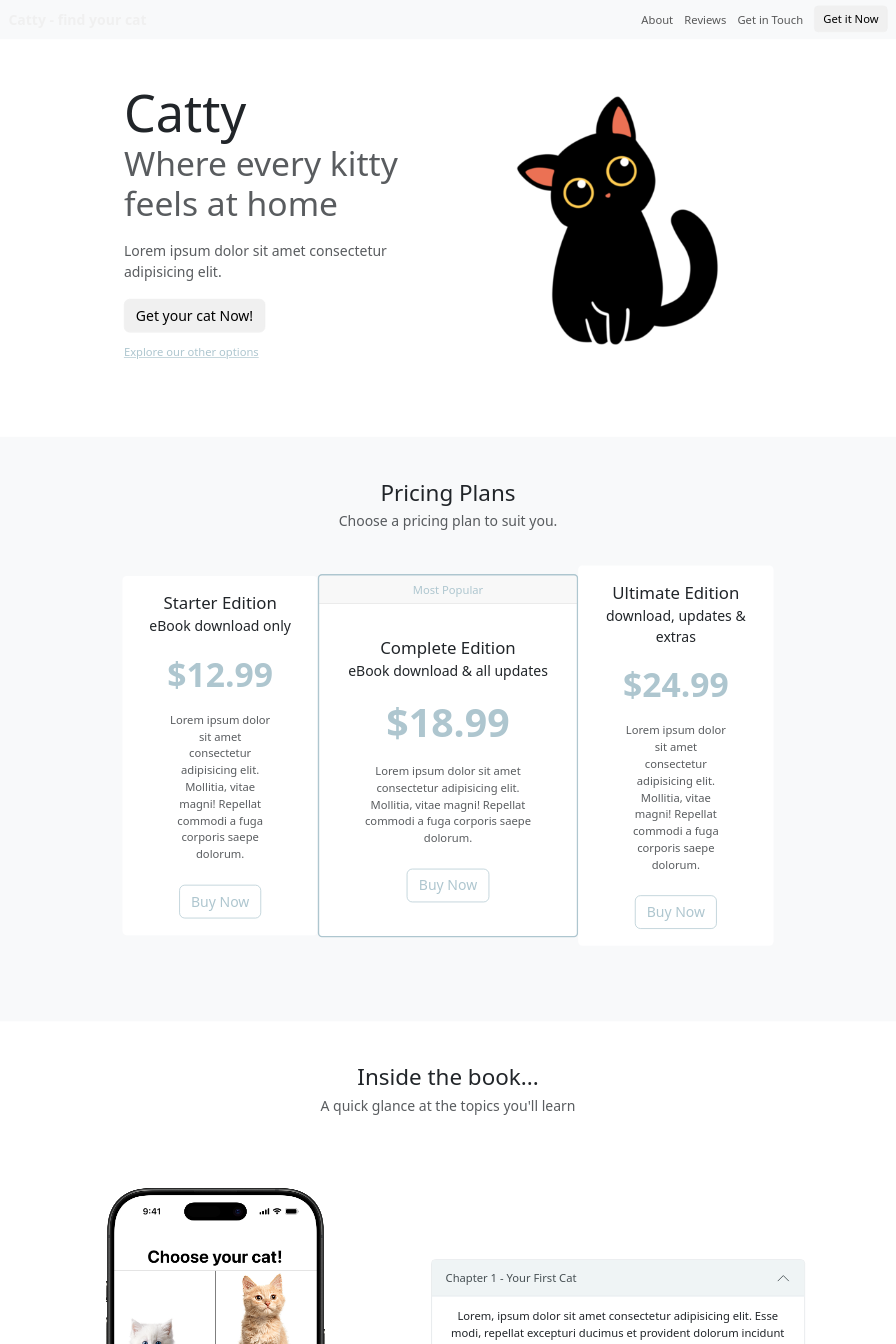
Repository: rihebtlh/catty-storefront
Page: index.html
These files come from the project's save history. The page is drawn as it stood at one moment and after a run of saves; the edit follows.
The browser window is 1280 px wide. The pictures show the part of the page from y = 0 to 1920 px (the page is 4528 px tall), at 70% of full size.
The style sheet was rebuilt from its Sass, Less or Tailwind sources for each picture, by a compiler version that may differ from the author's.

Above is the page before, as saved 2025-06-23 19:06:36.

After the next 2 saves:
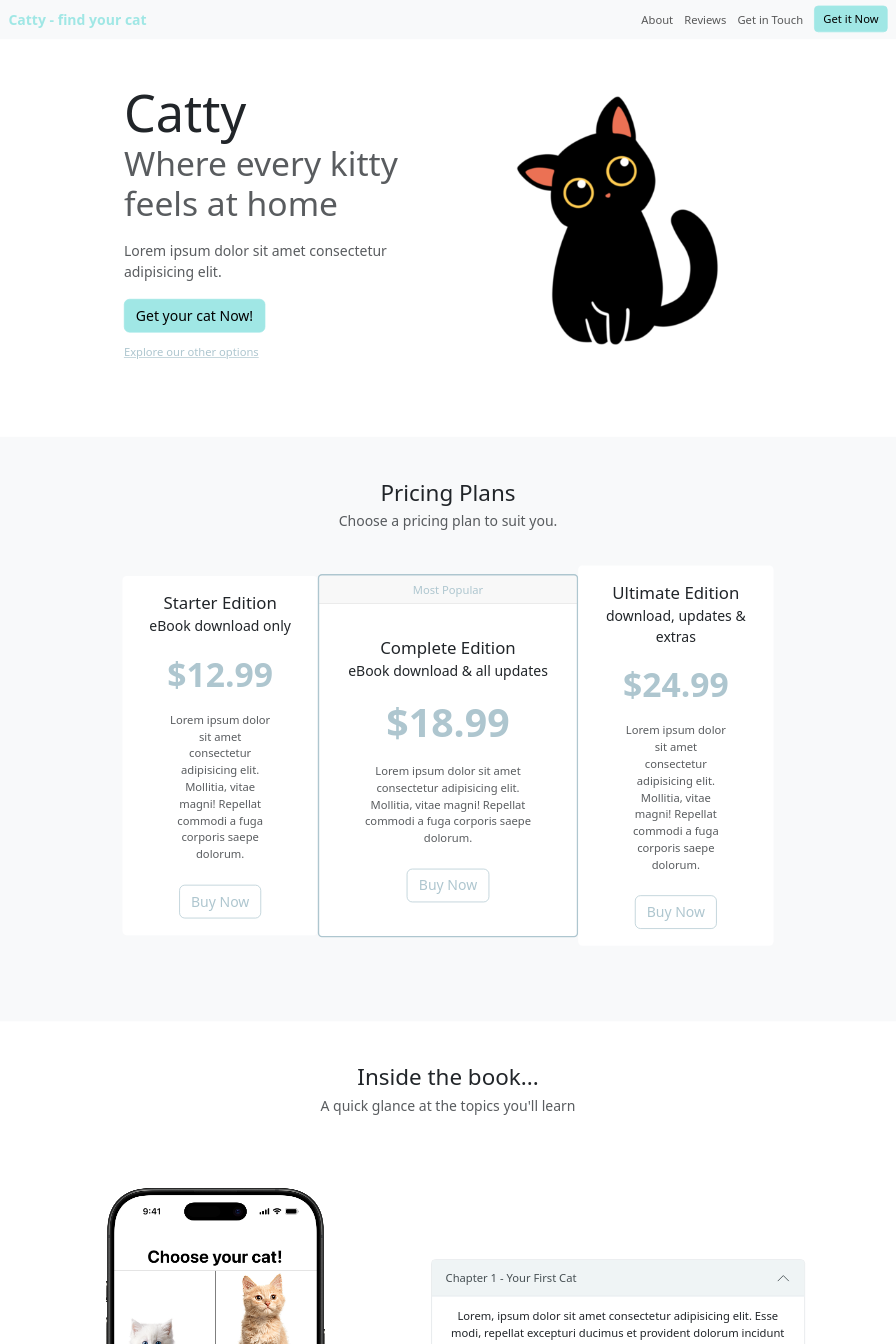
The 2 saves are shown as one change because they came seconds apart.
The last was saved 20 s later.
--- a/sass/main.scss
+++ b/sass/main.scss
@@ -1,5 +1,5 @@
 //custom variables
 $primary: #AEC6CF ;
-$secondary: #F0F0F0;
+$secondary: #A0E7E5;
 //import bootstrap
 @import '../node_modules/bootstrap/scss/bootstrap';
